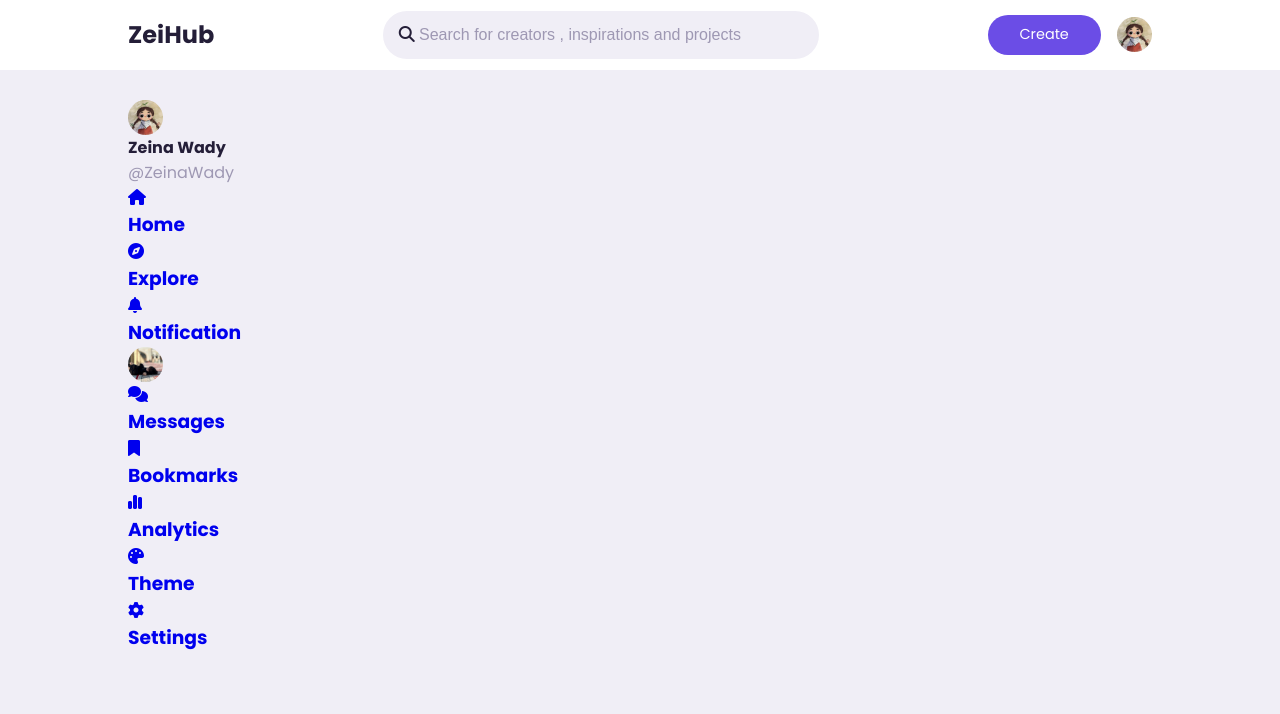
Repository: zeinawady/Social-Media-Template
Page: index.html
The author's editor kept a copy of each file at every save. The page is drawn from the files as they stood at one save, then again after the next save.
The browser window is 1280 px wide. The pictures show the whole page.

Above is the page before, as saved 2025-02-15 02:04:50.

After the next save:
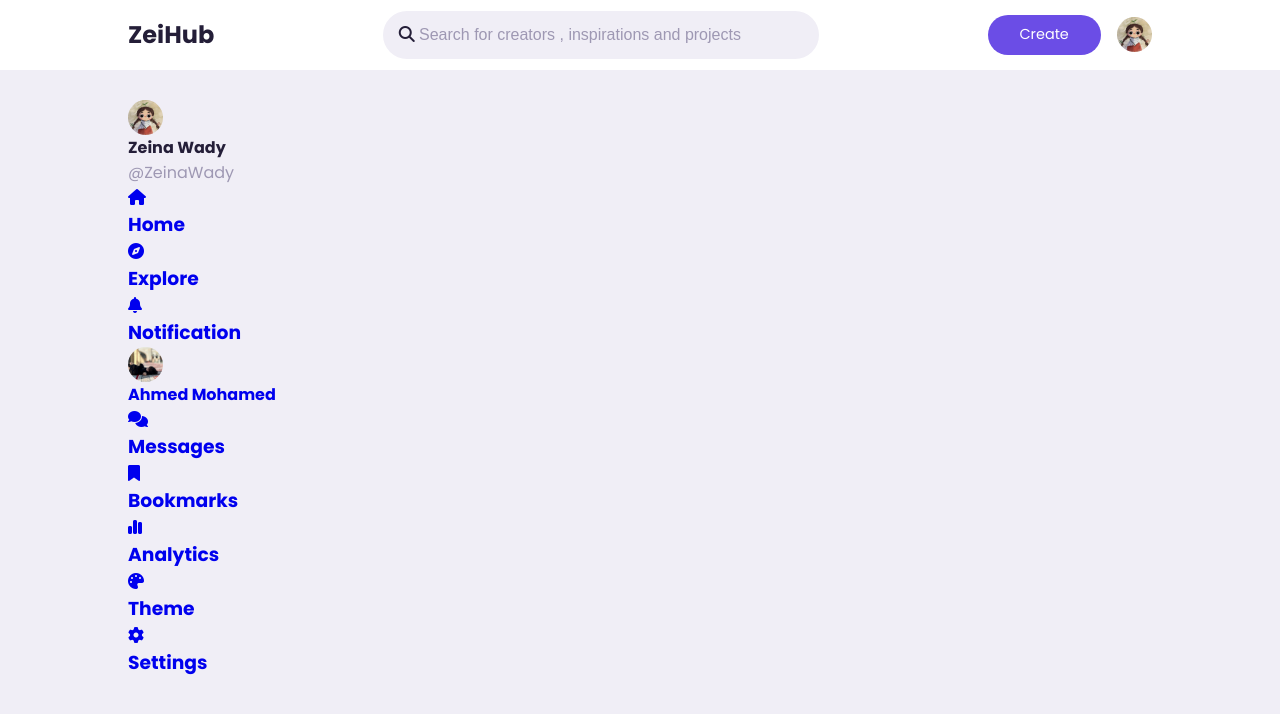
Saved 10 s later.
--- a/index.html
+++ b/index.html
@@ -66,7 +66,7 @@
                         <img src="images/child.jpg" alt="">
                     </div>
                     <div class="notification-body">
-                        <b></b>
+                        <b>Ahmed Mohamed</b>
                     </div>
                 </div>
               </div>
